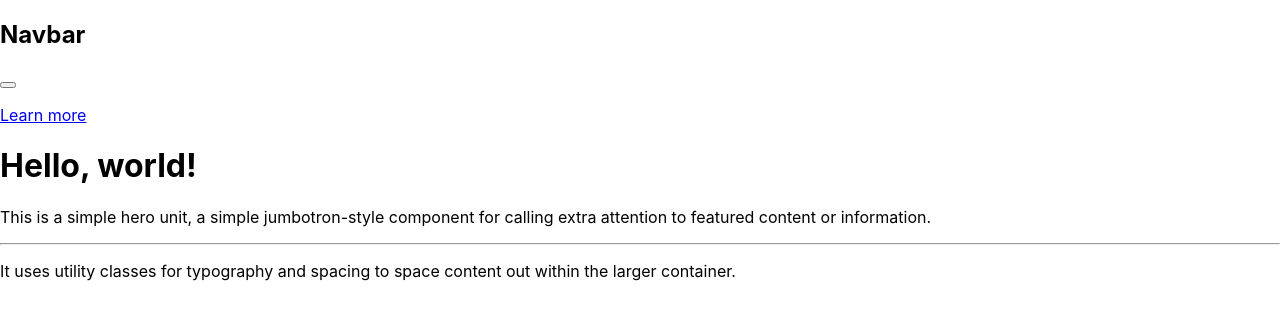
Repository: hasmelash/gitskill
Page: /
The author's editor kept a copy of each file at every save. The page is drawn from the files as they stood at one save, then again after the next save.
The browser window is 1280 px wide. The pictures show the whole page.
The project was rebuilt for these pictures with package versions that can differ from the ones it lists, and the page was loaded fresh each time. Also part of the build but not shown: src/App.css.

Above is the page before, as saved 2019-08-29 22:30:57.

After the next save:
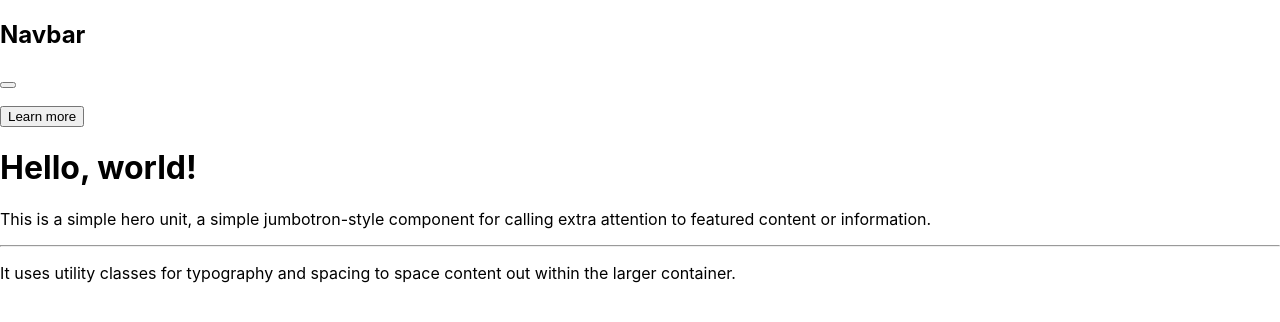
Saved 35 s later.
--- a/src/NotesComponent/NotesComponent.js
+++ b/src/NotesComponent/NotesComponent.js
@@ -7,7 +7,7 @@ class Notes extends React.Component{
 
             <div class="jumbotron">
                 <p class="lead">
-                    <a class="btn btn-primary btn-lg" href="#" role="button">Learn more</a>
+                    <button class="btn btn-primary btn-lg" href="#" role="button">Learn more</button>
                 </p>
                 <h1 class="display-3">Hello, world!</h1>
                 <p class="lead">This is a simple hero unit, a simple jumbotron-style component for calling extra attention to featured content or information.</p>
